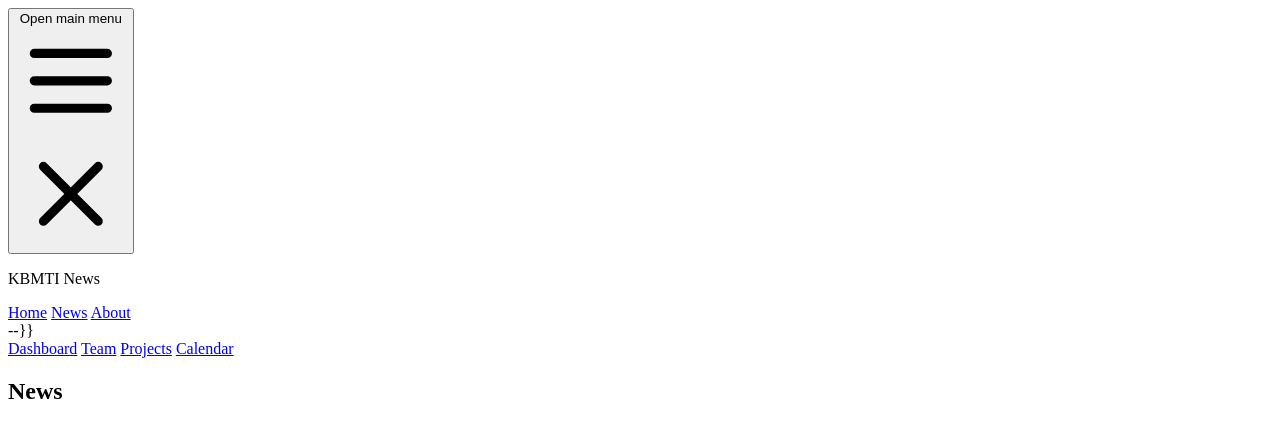
Repository: aenzt/news-kbmti-recreate
Page: http://localhost/news
The author's editor kept a copy of each file at every save. The page is drawn from the files as they stood at one save, then again after the next save.
The browser window is 1280 px wide. The pictures show the whole page.
The page is served by the project's Laravel application, run on PHP 8.4 with Laravel 8. Other server files are loaded and not shown. Queries for data that is not in the repository find no rows.

Above is the page before, as saved 2021-10-27 23:01:12.

### routes/web.php
<?php

use Illuminate\Support\Facades\Route;
use App\Http\Controllers\NewsController;
use App\Models\Bureau;

/*
|--------------------------------------------------------------------------
| Web Routes
|--------------------------------------------------------------------------
|
| Here is where you can register web routes for your application. These
| routes are loaded by the RouteServiceProvider within a group which
| contains the "web" middleware group. Now create something great!
|
*/

Route::get('/', function () {
    return view('index', [
        'title'=>'Home'
    ]);
});

Route::get('/news', [NewsController::class, 'index']);

Route::get('/bureau/{bureau:slug}', function(Bureau $bureau){
    return view('category', [
        'title' => $bureau->name,
        'category' => $bureau->name,
    ]);
});

### app/Http/Controllers/NewsController.php
<?php

namespace App\Http\Controllers;

use Illuminate\Http\Request;
use App\Models\News;
use App\Models\Bureau;

class NewsController extends Controller
{
    public function index(){
        return view('news', [
            'title' => 'News',
            'news' => News::all(),
            'bureau' => Bureau::all()
        ]);
    }
}

### app/Models/News.php
<?php

namespace App\Models;

use Illuminate\Database\Eloquent\Factories\HasFactory;
use Illuminate\Database\Eloquent\Model;

class News extends Model
{
    use HasFactory;
    protected $guarded = ['id'];

    public function bureau()
    {
        return $this->belongsTo(Bureau::class);
    }
}

### app/Models/Bureau.php
<?php

namespace App\Models;

use Illuminate\Database\Eloquent\Factories\HasFactory;
use Illuminate\Database\Eloquent\Model;

class Bureau extends Model
{
    use HasFactory;

    public function News(){
        return $this->hasMany(News::class);
    }
}

### resources/views/news.blade.php
@extends('layouts.app')

@section('content')
<section class="text-gray-600 body-font">
    <div class="container px-5 py-8 mx-auto max-w-7x1">
      <div class="flex flex-wrap w-full mb-4 p-4">
        <div class="w-full mb-6 lg:mb-0">
          <h1 class="sm:text-4xl text-5xl font-medium font-bold title-font mb-2 text-gray-700">News</h1>
          <div class="h-1 w-20 bg-indigo-500 rounded"></div>
        </div>
      </div>
      <div class="flex flex-wrap -m-4">
          @foreach ($news as $berita)
            <div class="xl:w-1/3 md:w-1/2 p-4 filter drop-shadow-2xl">
                <div class="bg-white p-6 rounded-lg max-h-full">
                <img class="lg:h-full xl:h-full md:h-full sm:h-full h-full rounded w-full object-cover object-center mb-6" src="http://kbmti.filkom.ub.ac.id/public/storage/articles/614c8eea93282_partnership3_01.jpg" alt="Image Size 720x400">
                <h3 class="tracking-widest text-indigo-500 text-xs font-medium title-font">{{ $berita->bureau->name }}</h3>
                <h2 class="text-lg text-gray-900 font-medium title-font mb-2">{{ $berita->title }}</h2>
                <p class="leading-relaxed text-base">{{ $berita->body }}</p>
                </div>
            </div>
          @endforeach
      </div>
    </div>
  </section>
@endsection

### resources/views/layouts/app.blade.php
<!DOCTYPE html>
<html lang="en">
<head>
    <meta charset="UTF-8">
    <meta name="viewport" content="width=device-width, initial-scale=1.0">
    <meta http-equiv="X-UA-Compatible" content="ie=edge">
    <link href="{{ asset('css/app.css') }}" rel="stylesheet">
    <title>KBMTI News | {{ $title }}</title>
</head>
<body>
    <nav class="bg-gray-800">
        <div class="max-w-7xl mx-auto px-2 sm:px-6 lg:px-8">
          <div class="relative flex items-center justify-between h-16">
            <div class="absolute inset-y-0 left-0 flex items-center sm:hidden">
              <!-- Mobile menu button-->
              <button type="button" class="inline-flex items-center justify-center p-2 rounded-md text-gray-400 hover:text-white hover:bg-gray-700 focus:outline-none focus:ring-2 focus:ring-inset focus:ring-white" aria-controls="mobile-menu" aria-expanded="false">
                <span class="sr-only">Open main menu</span>
                <!--
                  Icon when menu is closed.

                  Heroicon name: outline/menu

                  Menu open: "hidden", Menu closed: "block"
                -->
                <svg class="block h-6 w-6" xmlns="http://www.w3.org/2000/svg" fill="none" viewBox="0 0 24 24" stroke="currentColor" aria-hidden="true">
                  <path stroke-linecap="round" stroke-linejoin="round" stroke-width="2" d="M4 6h16M4 12h16M4 18h16" />
                </svg>
                <!--
                  Icon when menu is open.

                  Heroicon name: outline/x

                  Menu open: "block", Menu closed: "hidden"
                -->
                <svg class="hidden h-6 w-6" xmlns="http://www.w3.org/2000/svg" fill="none" viewBox="0 0 24 24" stroke="currentColor" aria-hidden="true">
                  <path stroke-linecap="round" stroke-linejoin="round" stroke-width="2" d="M6 18L18 6M6 6l12 12" />
                </svg>
              </button>
            </div>
            <div class="flex-1 flex items-center justify-center sm:items-stretch sm:justify-start">
              <div class="flex-shrink-0 flex items-center">
                {{-- <img class="block lg:hidden h-8 w-auto" src="https://tailwindui.com/img/logos/workflow-mark-indigo-500.svg" alt="Workflow">
                <img class="hidden lg:block h-8 w-auto" src="https://tailwindui.com/img/logos/workflow-logo-indigo-500-mark-white-text.svg" alt="Workflow"> --}}
                <p class="text-white text-2xl font-bold mb-2">KBMTI News</p>
              </div>
              <div class="hidden sm:block sm:ml-6">
                <div class="flex space-x-4">
                  <!-- Current: "bg-gray-900 text-white", Default: "text-gray-300 hover:bg-gray-700 hover:text-white" -->
                  <a href="/" class=" {{ $title=="Home" ? "bg-gray-900 text-white px-3 py-2 rounded-md text-sm font-medium" : "text-gray-300 hover:bg-gray-700 hover:text-white px-3 py-2 rounded-md text-sm font-medium"}}" aria-current="page">Home</a>

                  <a href="/news" class="{{ $title=="News" ? "bg-gray-900 text-white px-3 py-2 rounded-md text-sm font-medium" : "text-gray-300 hover:bg-gray-700 hover:text-white px-3 py-2 rounded-md text-sm font-medium"}}">News</a>

                  <a href="#" class="text-gray-300 hover:bg-gray-700 hover:text-white px-3 py-2 rounded-md text-sm font-medium">About</a>

                </div>
              </div>
            </div>
            {{-- <div class="absolute inset-y-0 right-0 flex items-center pr-2 sm:static sm:inset-auto sm:ml-6 sm:pr-0">
              <!-- Profile dropdown -->
              <div class="ml-3 relative">
                <div>
                  <button type="button" class="bg-gray-800 flex text-sm rounded-full focus:outline-none focus:ring-2 focus:ring-offset-2 focus:ring-offset-gray-800 focus:ring-white" id="user-menu-button" aria-expanded="false" aria-haspopup="true">
                    <span class="sr-only">Open user menu</span>
                    <img class="h-8 w-8 rounded-full" src="https://images.unsplash.com/photo-1472099645785-5658abf4ff4e?ixlib=rb-1.2.1&ixid=eyJhcHBfaWQiOjEyMDd9&auto=format&fit=facearea&facepad=2&w=256&h=256&q=80" alt="">
                  </button>
                </div>

                <!--
                  Dropdown menu, show/hide based on menu state.

                  Entering: "transition ease-out duration-100"
                    From: "transform opacity-0 scale-95"
                    To: "transform opacity-100 scale-100"
                  Leaving: "transition ease-in duration-75"
                    From: "transform opacity-100 scale-100"
                    To: "transform opacity-0 scale-95"
                -->
                {{-- <div class="origin-top-right absolute right-0 mt-2 w-48 rounded-md shadow-lg py-1 bg-white ring-1 ring-black ring-opacity-5 focus:outline-none" role="menu" aria-orientation="vertical" aria-labelledby="user-menu-button" tabindex="-1">
                  <!-- Active: "bg-gray-100", Not Active: "" -->
                  <a href="#" class="block px-4 py-2 text-sm text-gray-700" role="menuitem" tabindex="-1" id="user-menu-item-0">Your Profile</a>
                  <a href="#" class="block px-4 py-2 text-sm text-gray-700" role="menuitem" tabindex="-1" id="user-menu-item-1">Settings</a>
                  <a href="#" class="block px-4 py-2 text-sm text-gray-700" role="menuitem" tabindex="-1" id="user-menu-item-2">Sign out</a>
                </div> --}}
              </div>
            </div> --}}
          </div>
        </div>

        <!-- Mobile menu, show/hide based on menu state. -->
        <div class="sm:hidden" id="mobile-menu">
          <div class="px-2 pt-2 pb-3 space-y-1">
            <!-- Current: "bg-gray-900 text-white", Default: "text-gray-300 hover:bg-gray-700 hover:text-white" -->
            <a href="#" class="bg-gray-900 text-white block px-3 py-2 rounded-md text-base font-medium" aria-current="page">Dashboard</a>

            <a href="#" class="text-gray-300 hover:bg-gray-700 hover:text-white block px-3 py-2 rounded-md text-base font-medium">Team</a>

            <a href="#" class="text-gray-300 hover:bg-gray-700 hover:text-white block px-3 py-2 rounded-md text-base font-medium">Projects</a>

            <a href="#" class="text-gray-300 hover:bg-gray-700 hover:text-white block px-3 py-2 rounded-md text-base font-medium">Calendar</a>
          </div>
        </div>
      </nav>
    <div>
        @yield('content')
    </div>
</body>
</html>

Loaded but not shown: app/Http/Controllers/Controller.php (common file)

After the next save:
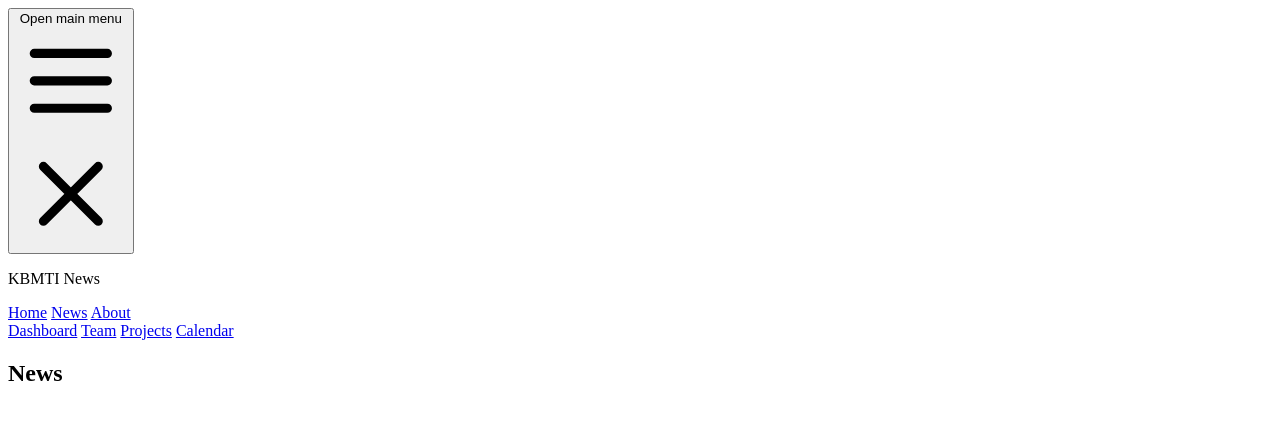
Saved 26 s later.
--- a/resources/views/layouts/app.blade.php
+++ b/resources/views/layouts/app.blade.php
@@ -55,34 +55,6 @@
                 </div>
               </div>
             </div>
-            {{-- <div class="absolute inset-y-0 right-0 flex items-center pr-2 sm:static sm:inset-auto sm:ml-6 sm:pr-0">
-              <!-- Profile dropdown -->
-              <div class="ml-3 relative">
-                <div>
-                  <button type="button" class="bg-gray-800 flex text-sm rounded-full focus:outline-none focus:ring-2 focus:ring-offset-2 focus:ring-offset-gray-800 focus:ring-white" id="user-menu-button" aria-expanded="false" aria-haspopup="true">
-                    <span class="sr-only">Open user menu</span>
-                    <img class="h-8 w-8 rounded-full" src="https://images.unsplash.com/photo-1472099645785-5658abf4ff4e?ixlib=rb-1.2.1&ixid=eyJhcHBfaWQiOjEyMDd9&auto=format&fit=facearea&facepad=2&w=256&h=256&q=80" alt="">
-                  </button>
-                </div>
-
-                <!--
-                  Dropdown menu, show/hide based on menu state.
-
-                  Entering: "transition ease-out duration-100"
-                    From: "transform opacity-0 scale-95"
-                    To: "transform opacity-100 scale-100"
-                  Leaving: "transition ease-in duration-75"
-                    From: "transform opacity-100 scale-100"
-                    To: "transform opacity-0 scale-95"
-                -->
-                {{-- <div class="origin-top-right absolute right-0 mt-2 w-48 rounded-md shadow-lg py-1 bg-white ring-1 ring-black ring-opacity-5 focus:outline-none" role="menu" aria-orientation="vertical" aria-labelledby="user-menu-button" tabindex="-1">
-                  <!-- Active: "bg-gray-100", Not Active: "" -->
-                  <a href="#" class="block px-4 py-2 text-sm text-gray-700" role="menuitem" tabindex="-1" id="user-menu-item-0">Your Profile</a>
-                  <a href="#" class="block px-4 py-2 text-sm text-gray-700" role="menuitem" tabindex="-1" id="user-menu-item-1">Settings</a>
-                  <a href="#" class="block px-4 py-2 text-sm text-gray-700" role="menuitem" tabindex="-1" id="user-menu-item-2">Sign out</a>
-                </div> --}}
-              </div>
-            </div> --}}
           </div>
         </div>
 
